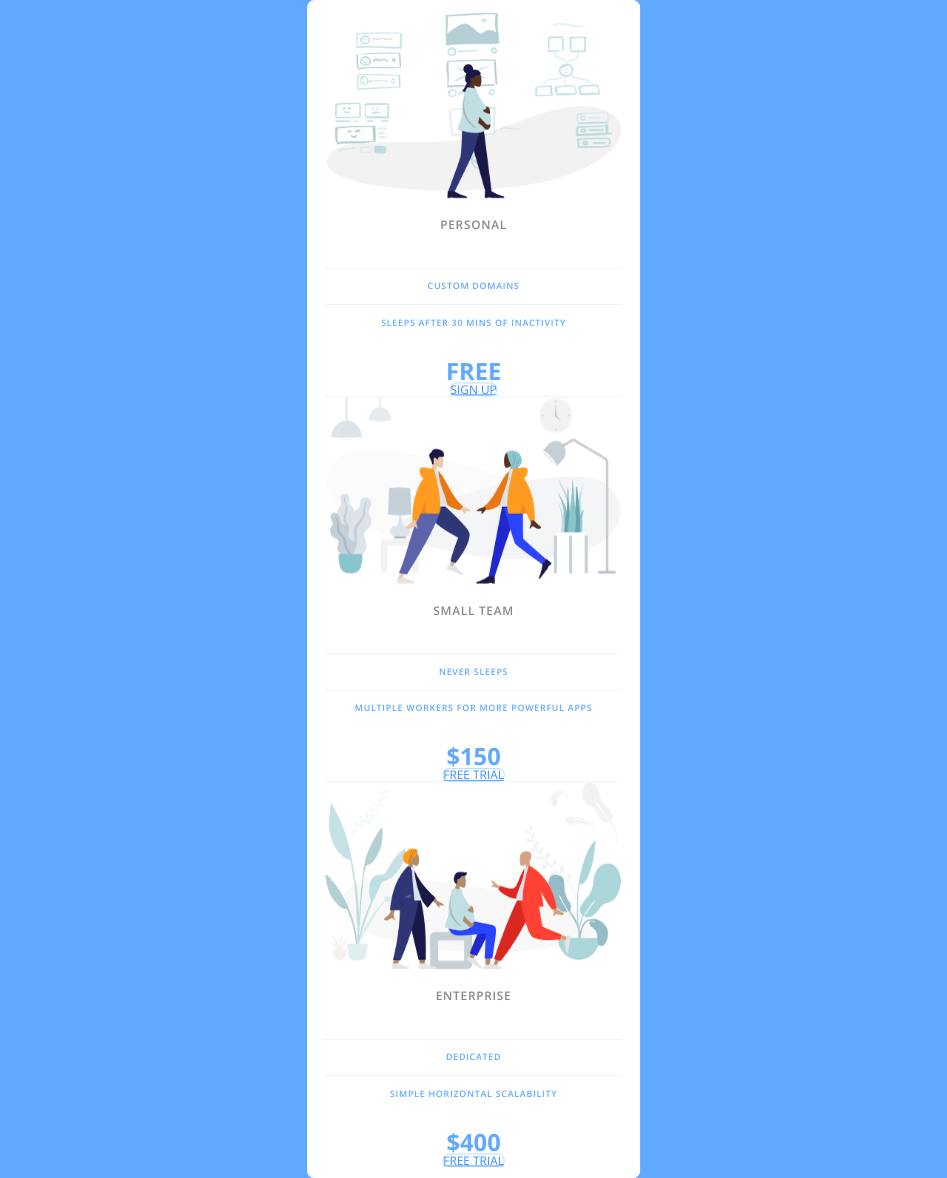
Repository: fatehailey/Pricing-Panel
Page: index.html
These files come from the project's save history. The page is drawn as it stood at one moment and after a run of saves; the edit follows.
The browser window is 1280 px wide. The pictures show the whole page, at 74% of full size.

Above is the page before, as saved 2022-09-16 12:45:33.

After the next 3 saves:
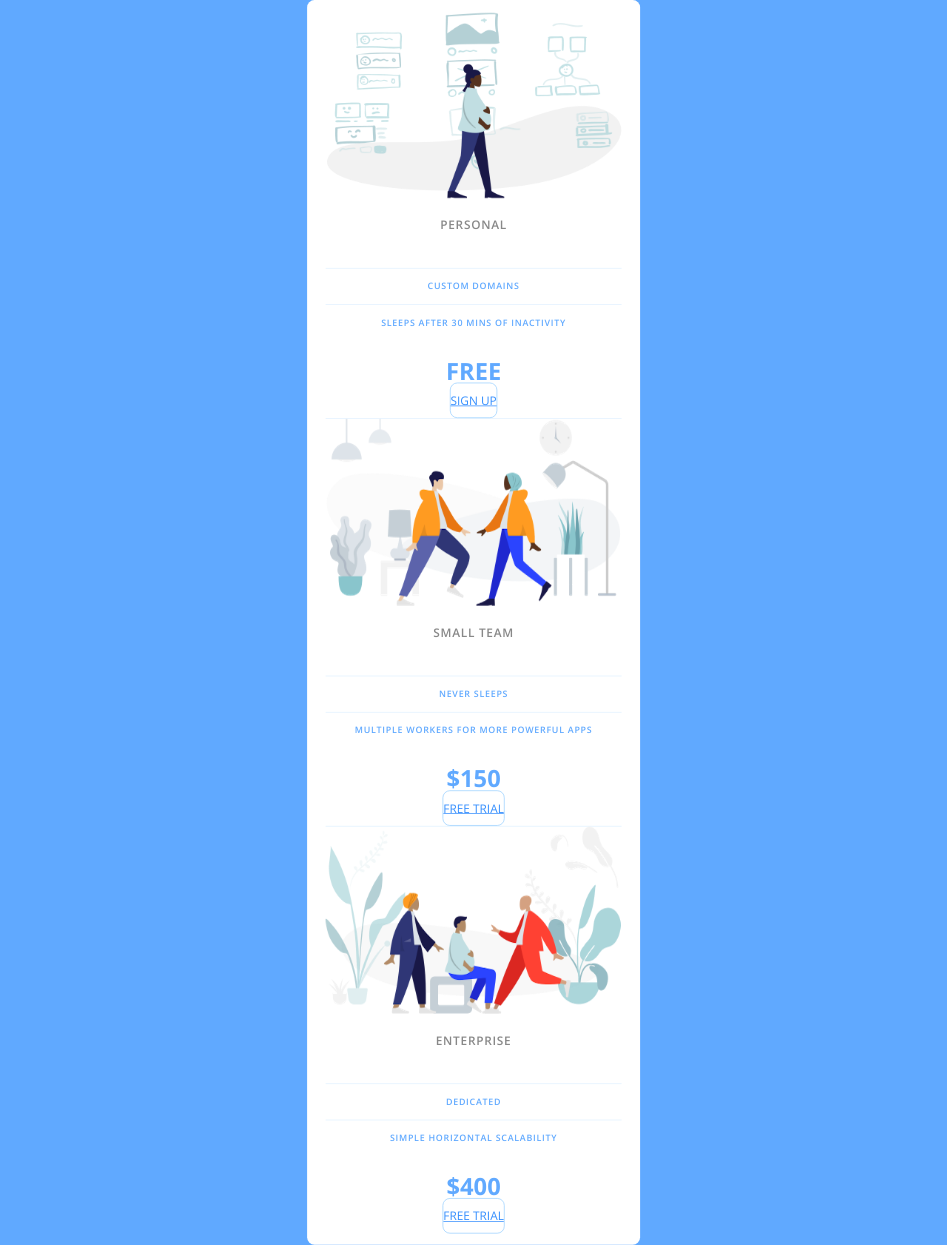
The 3 saves are shown as one change because they came seconds apart.
The last was saved 8 s later.
--- a/app.css
+++ b/app.css
@@ -115,5 +115,6 @@ body{
     border-radius: 10px;
     color: #348efe;
     display: inline-block;
-    padding: ;
+    padding: 15px 0;
+
 }
